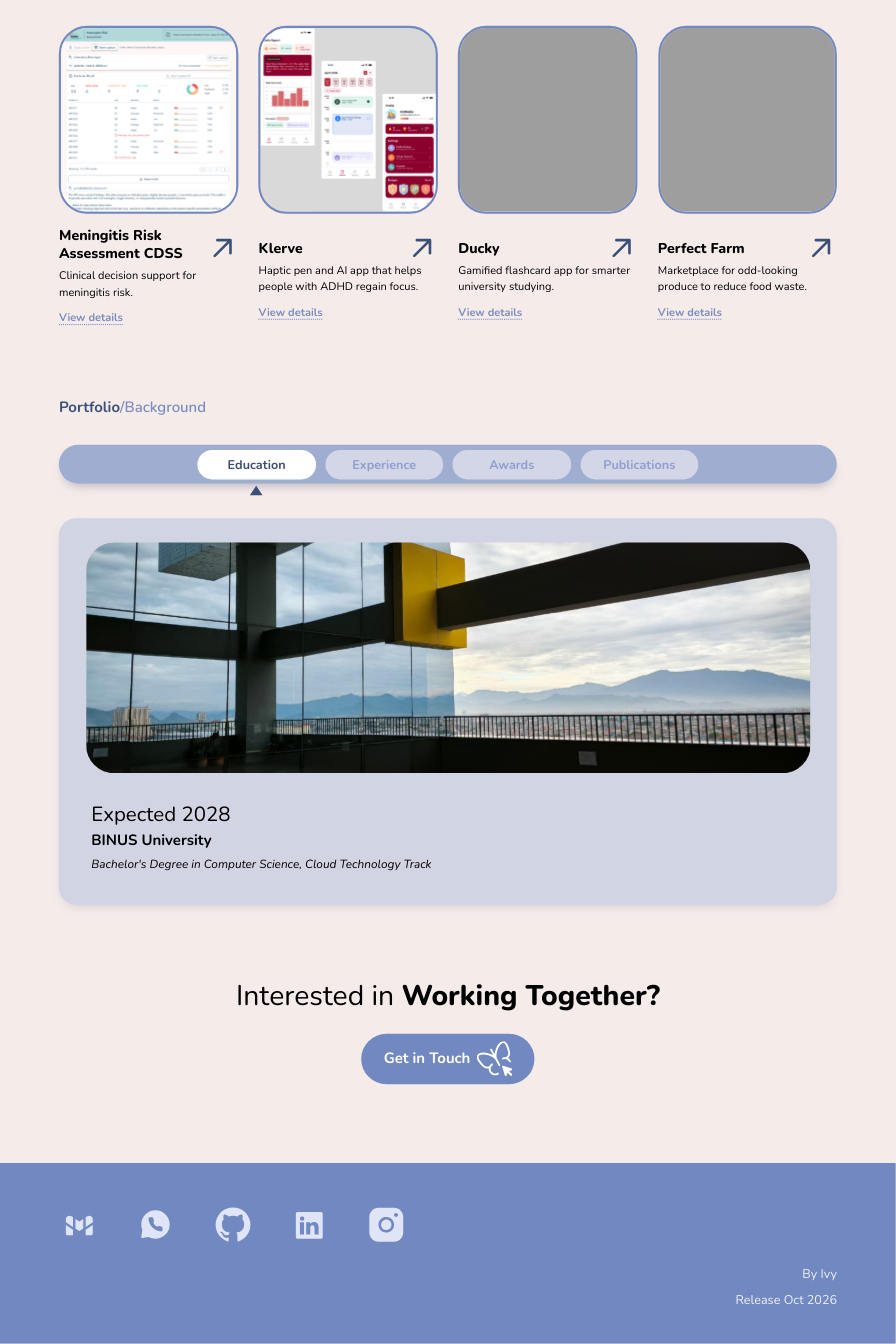
Repository: L-vy/L-vy
Page: /
An editor plug-in stored every save of this project. The page is shown before and after the next save, followed by the edit.
The browser window is 1280 px wide. The pictures show the part of the page from y = 1307 to 3227 px (the page is 3227 px tall before and 3224 px after), at 70% of full size.
Pictures or frames that could not be fetched are drawn as grey boxes. Some web fonts or font styles are not loaded; a fallback is used. The project was rebuilt for these pictures with package versions that can differ from the ones it lists, and the page was loaded fresh each time. Also part of the build but not shown: vite.config.ts, src/components/ExperienceBinder.tsx, src/components/FolderCard.tsx, src/components/ProjectSidebar.tsx, src/pages/ProjectDetails.tsx.

Above is the page before, as saved 2026-10-07 21:55:03.

### index.html
<!doctype html>
<html lang="en">
  <head>
    <meta charset="UTF-8" />
    <meta name="viewport" content="width=device-width, initial-scale=1.0" />
    <meta name="description" content="Portfolio of Latasha Ivy Khoe, Computer Science student specializing in Cloud Technology, UI/UX design and full-stack development." />
    <meta name="theme-color" content="#7288c1" />
    <link rel="icon" href="/images/ivy-logo.svg" />
    <link rel="preconnect" href="https://fonts.googleapis.com" />
    <link rel="preconnect" href="https://fonts.gstatic.com" crossorigin />
    <link href="https://fonts.googleapis.com/css2?family=Nunito:ital,wght@0,400;0,600;0,700;0,800;1,400&family=Playwrite+US+Modern:wght@100..400&display=swap" rel="stylesheet" />
    <title>Latasha Ivy Khoe | Portfolio</title>
  </head>
  <body>
    <div id="root"></div>
    <script type="module" src="/src/main.tsx"></script>
  </body>
</html>

### src/main.tsx
import { StrictMode } from 'react'
import { createRoot } from 'react-dom/client'
import App from './App'
import './styles.css'
createRoot(document.getElementById('root')!).render(<StrictMode><App /></StrictMode>)

### src/App.tsx
import { BrowserRouter, Route, Routes } from 'react-router-dom'
import Home from './pages/Home'
import ProjectDetails from './pages/ProjectDetails'
import CursorCircle from './components/CursorCircle'
export default function App() {
  return (
    <BrowserRouter>
      <CursorCircle />
      <Routes>
        <Route path="/" element={<Home />} />
        <Route path="/recentworks/:id" element={<ProjectDetails />} />
        <Route path="*" element={<Home />} />
      </Routes>
    </BrowserRouter>
  )
}

### src/styles.css
/* Sizes are authored at design scale (16px = 1rem) and rendered at 75% via html{font-size:75%}. */
:root{--blue:#7288c1;--cream:#f5ecea;--ink:#3b5078;--peri:#7a8cc2;--light:#a9b5e0;--bar:#9fadd1;--pill:#d3d6e6;--panel:#d1d4e3;--ph:#d9d9d9;--txt:#000;--gut:max(3.5rem,calc((100% - 68.75rem)/2 + 3.5rem));color-scheme:light}
html{font-size:75%}
*{box-sizing:border-box}
body{margin:0;background:var(--cream);color:var(--txt);font-family:'Nunito',system-ui,sans-serif;line-height:1.4}
h1,h2,h3,p,ul{margin:0}
ul{padding:0;list-style:none}
a{color:inherit}
button{font-family:inherit;cursor:pointer}
img{max-width:100%}
:focus-visible{outline:3px solid var(--ink);outline-offset:3px}
.fx{font-family:'Playwrite US Modern','Nunito',cursive;font-weight:400}
.nav{position:relative;height:4.5rem;background:var(--blue)}
.nav::after{content:'';position:absolute;left:0;right:0;top:100%;height:2.875rem;background:var(--blue)}
.nav-tabs{max-width:68.75rem;margin:0 auto;height:100%;display:flex;align-items:flex-end;padding-left:28%}
.nav-tab{width:8.25rem;height:4rem;border:0;background:none;color:#e9ecf7;display:grid;place-items:center;padding:0;transition:opacity .25s}
.nav-tab:hover{opacity:.8}
.nav-tab.active{background:var(--cream);border-radius:1.5rem 1.5rem 0 0;color:var(--light);opacity:1}
.nav-tab img{height:2.125rem}
.page{position:relative;z-index:1;background:var(--cream);border-radius:2.875rem 2.875rem 0 0;padding:0 var(--gut);}
.section{padding-top:5.625rem}
.hero{position:relative;padding-top:2.875rem;}
.hero-top{display:flex;justify-content:space-between;align-items:center}
.path{font-size:1.1875rem;font-weight:600;color:var(--peri)}
.path b{color:var(--ink);font-weight:700}
.crumb{background:none;border:0;padding:0;font:inherit;color:inherit}
.crumb:hover{text-decoration:underline dotted;text-underline-offset:0.25rem}
.contact-link{background:none;border:0;font-size:1.1875rem;font-weight:700;color:var(--ink)}
.hero-grid{display:grid;grid-template-columns:max-content auto;gap:3.125rem;align-items:flex-end;margin-top:3.25rem; padding: 0 var(--gut);}
.hero-photo{width: 100%;max-width: 135px;aspect-ratio: 200 / 375;object-fit:cover;background:var(--ph);border-radius:2rem;transition:transform .3s}
.hero-photo:hover{transform:rotate(-1.2deg) scale(1.015)}
.hello{height:3.375rem;width:auto;display:block}
h1{margin-top:0.25rem;font:400 2.5rem/1.35 'Playwrite US Modern','Nunito',cursive}
.lead{max-width:max-content;font-size:1.0625rem;line-height:1.6;margin-top:0.875rem}
.lead.sm{font-size:0.9375rem;max-width:none;margin-top:1.25rem}
.actions{display:flex;align-items:center;gap:2.25rem;margin-top:1.625rem;flex-wrap:wrap}
.btn{display:inline-flex;align-items:center;gap:0.5rem;background:var(--ink);color:#fff;border:0;border-radius: 32rem;padding: 0.575rem 1.375rem;font-size:1.0625rem;font-weight:700;transition:transform .25s}
.btn:hover{transform:translateY(-2px)}
.btn.blue{background:var(--blue);font-size:1.1875rem;padding:0.575rem 1.75rem}
.link-dotted{text-decoration:underline dotted;text-underline-offset:0.25rem;font-weight:700}
.link-dotted.grey{color:#777;font-size:1.0625rem}
.butterfly{display:block;margin:4rem auto 0;width:6rem}
.intro{max-width:47.5rem;margin:4.375rem auto 0;text-align:center}
.intro-text{font-size:1rem;line-height:1.7}
.pills{display:flex;flex-wrap:wrap;gap:0.625rem;justify-content:center;margin-top:1.375rem}
.pills.left{justify-content:flex-start}
.pill{border-radius:24rem;border:2px solid var(--light);padding:0.1rem 1rem;font-weight:700;font-size:0.9375rem;background:var(--cream);color:var(--light)}
.pill.solid-outline{background:none;border:1.5px solid var(--peri);font-size:1rem}
.reveal{opacity:0;transform:translateY(0.875rem);transition:opacity .6s,transform .6s}
.reveal.in{opacity:1;transform:none}
.fill{height:100%}
.cards{display:grid;grid-template-columns:repeat(4,1fr);gap:1.625rem;margin-top:2.125rem}
.card{display:flex;flex-direction:column;min-width:0}
.card-img{display:block;aspect-ratio:400/420;border-radius:2.25rem;border:2px solid var(--blue);overflow:hidden;background:var(--ph);transition:transform .3s}
.card-img img{width:100%;height:100%;object-fit:cover;display:block}
.card:hover .card-img{transform:rotate(-1.2deg) scale(1.015)}
.card-title{display:flex;justify-content:space-between;align-items:flex-start;gap:0.5rem;margin-top:1rem;color:var(--ink)}
.card-title .icon{flex:none}
.clamp{font-size:1.125rem;font-weight:800;line-height:1.3;color:var(--txt);display:-webkit-box;-webkit-line-clamp:2;-webkit-box-orient:vertical;overflow:hidden; align-self:flex-end}
.card-sum{font-size:0.875rem;line-height:1.5;margin-top:0.375rem}
.card-links{margin-top:0.625rem; align-content:center;}
.card-links .link-dotted{color:var(--peri);font-size:0.875rem}
.tabbar{position:relative;background:var(--bar);border-radius:62.4375rem;padding:0.375rem 0.5rem;display:flex;justify-content:center;gap:0.75rem;margin-top:2.125rem;box-shadow:0 0.5rem 0.875rem -0.375rem rgba(60,70,110,.35)}
.tabwrap{position:relative;width:min(9.375rem,22%)}
.tab{width:100%;border:0;border-radius:62.4375rem;padding:0.5rem 0;font-size:1rem;font-weight:700;background:var(--pill);color:#8f9dcf;transition:background .25s,color .25s}
.tab.on{background:#fff;color:var(--ink)}
.pointer{position:absolute;left:50%;bottom:-1.25rem;margin-left:-0.5625rem;border:0.5625rem solid transparent;border-top:0;border-bottom:0.8125rem solid var(--ink)}
.panel{margin-top:2.75rem;background:var(--panel);border-radius:1.375rem;height:30.625rem;box-shadow:0 0.375rem 1rem -0.5rem rgba(60,70,110,.3);transition:background .3s,box-shadow .3s}
.panel.bound{background:transparent;box-shadow:none}
.banner{height:100%;display:flex;flex-direction:column;gap:2.125rem;padding:1.875rem 2.125rem 2.5rem}
.banner-img{flex:1;min-height:0;width:100%;object-fit:cover;background:var(--ph);border-radius:2.25rem;transition:transform .3s}
.banner:hover .banner-img{transform:rotate(-1.2deg) scale(1.015)}
.tx{padding-left:0.4375rem}
.tx h2{font-size:1.625rem;line-height:1.4}
.tx h3{margin-top:2px;font-size:1.1875rem;font-weight:700}
.tx p{margin-top:0.375rem;font-style:italic;font-size:0.9375rem}
.folders{height:100%;display:grid;grid-template-columns:1fr 1fr;gap:1.5rem;padding:1.75rem 2rem}
.folder{--rim:#3b5078;--body:#f3f3f9;background:var(--rim);border-radius:1.875rem;padding:1.5px;display:flex;flex-direction:column;overflow:hidden}
.media{height:11.875rem;margin-bottom:-2.5rem;flex:none;position:relative;overflow:hidden;border-radius:1.78125rem 1.78125rem 0 0;background:var(--ph)}
.media>*{display:block;width:100%;height:100%;object-fit:cover;background:var(--ph);transform:scale(1.06);transition:transform .3s}
.folder:hover .media>*{transform:rotate(-1.2deg) scale(1.1)}
.rest{flex:1;position:relative;z-index:1;background:var(--body);border-radius:0 1.78125rem 1.78125rem 1.78125rem;padding:0 1.375rem 1.125rem;display:flex;flex-direction:column}
.rest .tab{position:absolute;left:0;top:-2.25rem;width:80%;height:2.3125rem;padding:0;border-radius:1.25rem 1.25rem 0 0;background:var(--body)}
.rest .tab::after{content:'';position:absolute;right:-1.25rem;bottom:0;width:1.25rem;height:1.25rem;background:radial-gradient(circle at 100% 0,transparent 1.21875rem,var(--body) 1.25rem)}
.head{position:relative;margin-top:-1.375rem}
.head::before{content:'';float:right;width:24%;height:1rem}
.head b{display:-webkit-box;-webkit-line-clamp:3;-webkit-box-orient:vertical;overflow:hidden;font-size:1.0625rem;font-weight:800;line-height:1.25}
.head span{display:block;font-size:0.9375rem;color:#6f748f;margin-top:2px}
.folder p{margin-top:0.75rem;font-size:0.84375rem;font-style:italic;line-height:1.5;display:-webkit-box;-webkit-line-clamp:4;-webkit-box-orient:vertical;overflow:hidden}
.foot{margin-top:auto;padding-top:0.625rem;display:flex;justify-content:space-between;align-items:center;min-height:2.75rem}
.foot strong{font-size:1.5625rem;line-height:1.3}
.go{display:grid;place-items:center;width:2.5rem;height:2.5rem;border-radius:50%;background:var(--ink);color:#fff;transition:transform .25s}
.go:hover{transform:translate(2px,-2px)}
.exp{position:relative;height:100%}
.plate{position:absolute;left:0;top:0;bottom:0;width:8.125rem;background:#c9cde0;border-radius:1.625rem 0 0 1.625rem;box-shadow:0 0.625rem 1.125rem -0.625rem rgba(60,70,110,.4)}
.rail{position:absolute;left:0;top:4.4375rem;width:3.75rem;height:0;z-index:2}
.rail button{position:absolute;left:0.8125rem;top:calc(var(--i)*4.5rem);width:2.9375rem;height:5.25rem;z-index:calc(var(--i) + 1);border:0;background:var(--c);color:#fff;border-radius:1.125rem 0 0 1.125rem;display:grid;place-items:center;padding:0;transition:left .25s,width .25s}
.rail button:hover,.rail button[aria-selected=true]{left:0.4375rem;width:3.3125rem}
.rail button[aria-selected=true]{z-index:10}
.fcard{--acc:#9fadd1;position:absolute;left:3.75rem;right:0;top:0;bottom:0;background:var(--cream);border:2.5px solid var(--acc);border-radius:1.625rem;box-shadow:0 0.625rem 1.25rem -0.625rem rgba(60,70,110,.4);padding:1.375rem 1.75rem 1.375rem 1.875rem;overflow:hidden;transition:border-color .35s}
.pg{position:relative;height:100%;display:grid;grid-template-columns:1fr 1fr;grid-template-rows:auto 1fr;column-gap:3.5rem;animation:in .4s ease both}
@keyframes in{from{opacity:0;transform:translateY(0.5rem)}to{opacity:1;transform:none}}
.lab{grid-column:1/-1;font-size:0.8125rem}
.col{display:flex;flex-direction:column;min-width:0}
.col.end{align-self:end;padding-bottom:0.625rem}
.t{font-size:1.6875rem;font-weight:800;color:var(--ttl);line-height:1.2;margin-top:1.75rem}
.col.end .t{margin-top:0}
.sub{font-size:1.25rem;color:var(--ttl);margin-top:0.375rem}
.d{font-size:0.875rem;line-height:1.55;margin-top:1rem;font-style:italic}
.h{font-size:0.8125rem;margin:1.375rem 0 0.375rem}
.col ul{padding-left:1.25rem;font-size:0.84375rem;line-height:1.55;list-style:disc}
.stack,.zig{position:relative;margin-top:auto}
.stack{height:8rem}
.zig{margin-top:0.875rem}
.sp{position:absolute;display:block;width:62%;height:7.375rem;object-fit:cover;background:var(--ph);border:1px solid var(--txt);border-radius:1.625rem;transform:rotate(var(--r));transition:transform .3s}
.sp:hover{z-index:9;transform:rotate(calc(var(--r)*-1)) translateY(-0.3125rem) scale(1.03)}
.stack .sp:nth-child(1){--r:-2deg;left:0;top:0.375rem}
.stack .sp:nth-child(2){--r:1.5deg;left:20%;top:0.75rem}
.stack .sp:nth-child(3){--r:-1deg;left:38%;top:0}
.zig .sp{width:70%;height:7.5625rem}
.zig .sp:nth-child(1){--r:1deg;left:0;top:0}
.zig .sp:nth-child(2){--r:-1deg;left:44%;top:7rem}
.zig .sp:nth-child(3){--r:1deg;left:-1%;top:14.125rem}
.p1{left:47%;top:0.5rem;width:29%;height:8.4375rem;--r:1deg}
.p2{left:66%;top:4.875rem;width:27%;height:auto;aspect-ratio:210/297;--r:-1deg}
.contact{text-align:center;padding:5.75rem 0 6.25rem}
.contact h2{font-size:2.25rem;font-weight:400}
.contact b{font-weight:800}
.contact .btn{margin-top:1.375rem}
.footer{background:var(--blue);color:#eef0fa;padding:3.25rem var(--gut) 2.5rem;display:flex;justify-content:space-between;align-items:flex-end;gap:1.875rem;flex-wrap:wrap;min-height:14.375rem}
.footer ul{display:flex;gap:2.75rem;align-self:flex-start}
.ci{display:block;color:#dfe4f6;transition:transform .25s}
.ci:hover,.ci.pulse{transform:translateY(-0.25rem) scale(1.12)}
.footer-by{text-align:right;line-height:2;font-size:1rem}
/* .detail{border-radius:0 0 2.875rem 2.875rem;padding-top:2.875rem;padding-bottom:4.375rem} */
.detail{flex:1;min-width:0;min-height:100vh;border-radius:0 3rem 3rem 0;padding-top:2.875rem;padding-bottom:4.375rem}
.detail-grid{display:grid;grid-template-columns:1fr 1fr;gap:3.5rem;align-items:center;margin-top:2.875rem}
.detail-title{margin:0;font:800 2rem/1.3 'Nunito',sans-serif}
.detail .pills{margin-top:1.375rem}
/* ---------- Project detail: left sidebar ---------- */
.detail-shell{display:flex;min-height:100vh;background:var(--blue)}
.side{position:sticky;top:0;align-self:flex-start;flex:none;width:5.375rem;height:100vh;display:flex;flex-direction:column;padding:6rem 0 9.875rem}

/* step indicators 01–04 */
.steps{align-self:flex-start;display:grid;gap:0.5rem}
.step{display:grid;place-items:center;width:4.3125rem;height:4.4375rem;border-radius:0 1.25rem 1.25rem 0;background:transparent;color:var(--light);font-size:1.2rem;text-decoration:none;transition:opacity .25s}
.step:not(.on):hover{opacity:.8}
.step.on{background:var(--cream);color:var(--light);text-decoration:underline dotted;text-underline-offset:0.375rem}   /* RULE 2 */

/* vertical Previous / Next */
.side-nav{margin-top:3rem;align-self:flex-start;width:4.3125rem;display:flex;flex-direction:column;align-items:center;gap:1.75rem}
.side-btn{writing-mode:vertical-rl;transform:rotate(0deg);color:var(--cream);font-size:1rem;font-weight:600;line-height:1;text-decoration:none;transition:opacity .2s}   /* white by default */
a.side-btn:hover{opacity:.8}
.side-btn.edge{color:var(--light)}   /* RULE 3 */
.meta{margin-bottom:0.875rem;font-size:1.25rem;font-weight:400;color:var(--ink)}
.contrib{margin:1.125rem 0 0.5rem;font:400 0.9375rem 'Playwrite US Modern','Nunito',cursive;color:var(--peri)}
.contrib-list {position: relative;padding-left: 1.25rem;display: grid;gap: 0.75rem;font-size: 0.90625rem;}
.contrib-list::before {content: '';position: absolute;left: 0;top: 0.25rem;bottom: 0.25rem;width: 2px;background-color:var(--light);border-radius: 9999px;}
/* .contrib-list{border-left:3px solid var(--light);border-top-left-radius: 4px;border-bottom-left-radius: 4px;padding-left:0.875rem;display:grid;gap:0.75rem;font-size:0.90625rem} */
/* .contrib-list li{display:flex;gap:0.875rem;align-items:center}
.contrib-list li::before{content:'';width:0.75rem;height:0.75rem;flex:none;border-radius:50%;border:3px solid var(--peri)} */
.detail-links{display:flex;gap:0.75rem;flex-wrap:wrap;margin-top:1.375rem}
/* .detail-links .pill{background:none;border:2px solid var(--light);color:var(--peri);padding:0.375rem 1.25rem;font:400 0.875rem 'Playwrite US Modern','Nunito',cursive;text-decoration:underline dotted;text-underline-offset:0.25rem} */
.detail-links .pill{background:none;border:2px solid var(--light);color:var(--peri);padding:0.375rem 1.25rem;font-family:inherit;font-size:0.9375rem;font-weight:700;text-decoration:underline dotted;text-underline-offset:0.25rem}
.proto{margin:0}
/* .proto img{display:block;width:100%;aspect-ratio:1/1.08;object-fit:cover;background:var(--ph);border:3px solid var(--ink);border-radius:3rem;transition:transform .3s} */
.proto img {  border: 0;  outline: 0;  border-radius: 15px;}
.proto img:hover{transform:rotate(1.2deg) scale(1.015)}
.proto figcaption{text-align:center;font-weight:500;font-size:0.9375rem;color:var(--ink);margin-top:1rem}
/* .pager{background:var(--blue);margin-top:-2.875rem;padding:5.5rem var(--gut) 1.5rem;display:flex;justify-content:center;gap:3.5rem} */
/* .pager-btn{margin-top:-3rem;height:3.25rem;display:grid;place-items:center;color:#fff;font-weight:700;font-size:1.125rem;text-decoration:none;transition:opacity .2s} */
/* .pager-btn.prev{background:var(--cream);color:var(--ink);padding:0 2.125rem;border-radius:0 0 1.5rem 1.5rem}
.pager-btn.off{opacity:.5}
.pager-btn.prev.off{opacity:1;color:var(--light)} */
/* .pager-btn.hang{background:var(--cream);color:var(--ink);padding:0 2.125rem;border-radius:0 0 1.5rem 1.5rem} */
/* .pager-btn.off{opacity:.5} */
/* .pager-btn.hang.off{opacity:1;color:var(--light)} */
.cursor-circle{position:fixed;left:0;top:0;width:4rem;height:4rem;border-radius:50%;background:rgba(114,136,193,.28);pointer-events:none;z-index:50;transform:translate(-6.25rem,-6.25rem) scale(0);transition:transform .18s}
@media (max-width:960px)
{.cards{grid-template-columns:1fr 1fr}.nav-tabs{padding-left:4%}.nav-tab{width:6rem}}
@media (max-width:760px)
{.page{border-radius:1.875rem 1.875rem 0 0;padding:0 1.25rem}.hero-grid,.detail-grid{grid-template-columns:1fr;gap:1.75rem}.hero-photo{max-width:16.25rem}h1{font-size:1.875rem}.detail-title{font-size:1.5625rem}.cards{grid-template-columns:1fr}.tab{font-size:0.75rem}.tabbar{gap:0.375rem}.pointer{display:none}.panel{height:auto}.banner{padding:1.125rem;gap:1.5rem}.banner-img{flex:none;height:11.875rem}.folders{grid-template-columns:1fr;padding:1.125rem}.folder{min-height:23.75rem}.contact h2{font-size:1.6875rem}.footer ul{gap:1.375rem}.footer-by{text-align:left}.plate{display:none}.fcard{position:static;padding:1.25rem 1.125rem;border-radius:1.375rem}.exp{height:auto}.rail{position:static;height:auto;display:flex;gap:0.375rem;padding-left:0.625rem}.rail button,.rail button:hover,.rail button[aria-selected=true]{position:static;width:3.5rem;height:2.875rem;border-radius:0.875rem 0.875rem 0 0}.pg{display:flex;flex-direction:column;gap:0.875rem;height:auto}.col.end{padding:0}.stack,.zig{height:auto;display:grid;gap:0.625rem;margin-top:0.625rem}.pg .sp{position:static;width:100%;height:6.875rem}.pg .p2{height:auto;width:58%;align-self:center}
.detail-shell{flex-direction:column;min-height:0}
.side{position:static;width:auto;height:auto;flex-direction:row;justify-content:space-between;align-items:flex-start;padding:0 1.25rem 1rem}
.steps{display:flex;gap:0.5rem;align-self:flex-start}
.step{width:3rem;height:3rem;font-size:1.25rem;border-radius:0 0 1rem 1rem}
.side-nav{width:auto;flex-direction:row;align-self:center;gap:1.25rem}
.side-btn{writing-mode:horizontal-tb;transform:none;font-size:1rem}
.detail{border-radius:0 0 1.875rem 1.875rem;min-height:0}}

@media (prefers-reduced-motion:reduce){*{transition:none!important;animation:none!important}}

### src/components/Skills.tsx
import { site } from '../data/site'
import Reveal from './Reveal'
export default function Skills() {
  return (
    <Reveal className="intro">
      <p className="intro-text">{site.about}</p>
      <ul className="pills" aria-label="Skills">{site.skills.map(s => <li key={s} className="pill">{s}</li>)}</ul>
    </Reveal>
  )
}

### src/components/RecentWorks.tsx
import { projects } from '../data/projects'
import ProjectCard from './ProjectCard'
import Reveal from './Reveal'
export default function RecentWorks() {
  return (
    <section id="recent-works" className="section">
      <p className="path"><b>Portfolio</b>/RecentWork</p>
      <Reveal className="cards">{projects.slice(0, 4).map(p => <ProjectCard key={p.id} p={p} />)}</Reveal>
    </section>
  )
}

### src/components/ContactSection.tsx
import Icon from './Icon'
import { useGoTo } from './useGoTo'
export default function ContactSection() {
  const go = useGoTo()
  return (
    <section id="contact" className="contact">
      <h2>Interested in <b>Working Together?</b></h2>
      <button className="btn blue" onClick={() => go('contact', true)}>Get in Touch <Icon name="butterfly-cursor" size={34} /></button>
    </section>
  )
}

### src/components/Icon.tsx
export default function Icon({ name, size = 24, raw = false }: { name: string; size?: number; raw?: boolean }) {
  if (raw) return <img className="icon" src={`/icons/${name}.svg`} alt="" width={size} height={size} />
  const mask = `url(/icons/${name}.svg) center / contain no-repeat`
  return <span className="icon" aria-hidden="true" style={{ display: 'inline-block', width: size, height: size, backgroundColor: 'currentColor', WebkitMask: mask, mask }} />
}

### src/components/Reveal.tsx
import { useEffect, useRef, useState, type ReactNode } from 'react'
export default function Reveal({ children, className = '' }: { children: ReactNode; className?: string }) {
  const ref = useRef<HTMLDivElement>(null); const [on, setOn] = useState(false)
  useEffect(() => {
    const io = new IntersectionObserver(([e]) => { if (e.isIntersecting) { setOn(true); io.disconnect() } }, { threshold: 0.1 })
    if (ref.current) io.observe(ref.current); return () => io.disconnect()
  }, [])
  return <div ref={ref} className={`reveal ${on ? 'in' : ''} ${className}`}>{children}</div>
}

Loaded but not shown: src/data/projects.ts (42 lines, source omitted); src/data/background.ts (36 lines, source omitted); src/components/Background.tsx (34 lines, source omitted); src/data/site.ts (17 lines, source omitted); src/components/Navbar.tsx (29 lines, source omitted); src/components/Footer.tsx (20 lines, source omitted); src/pages/Home.tsx (27 lines, source omitted); src/components/Hero.tsx (24 lines, source omitted); src/components/CursorCircle.tsx (17 lines, source omitted); src/components/ProjectCard.tsx (17 lines, source omitted); src/components/useGoTo.ts (13 lines, source omitted)

After the next save:
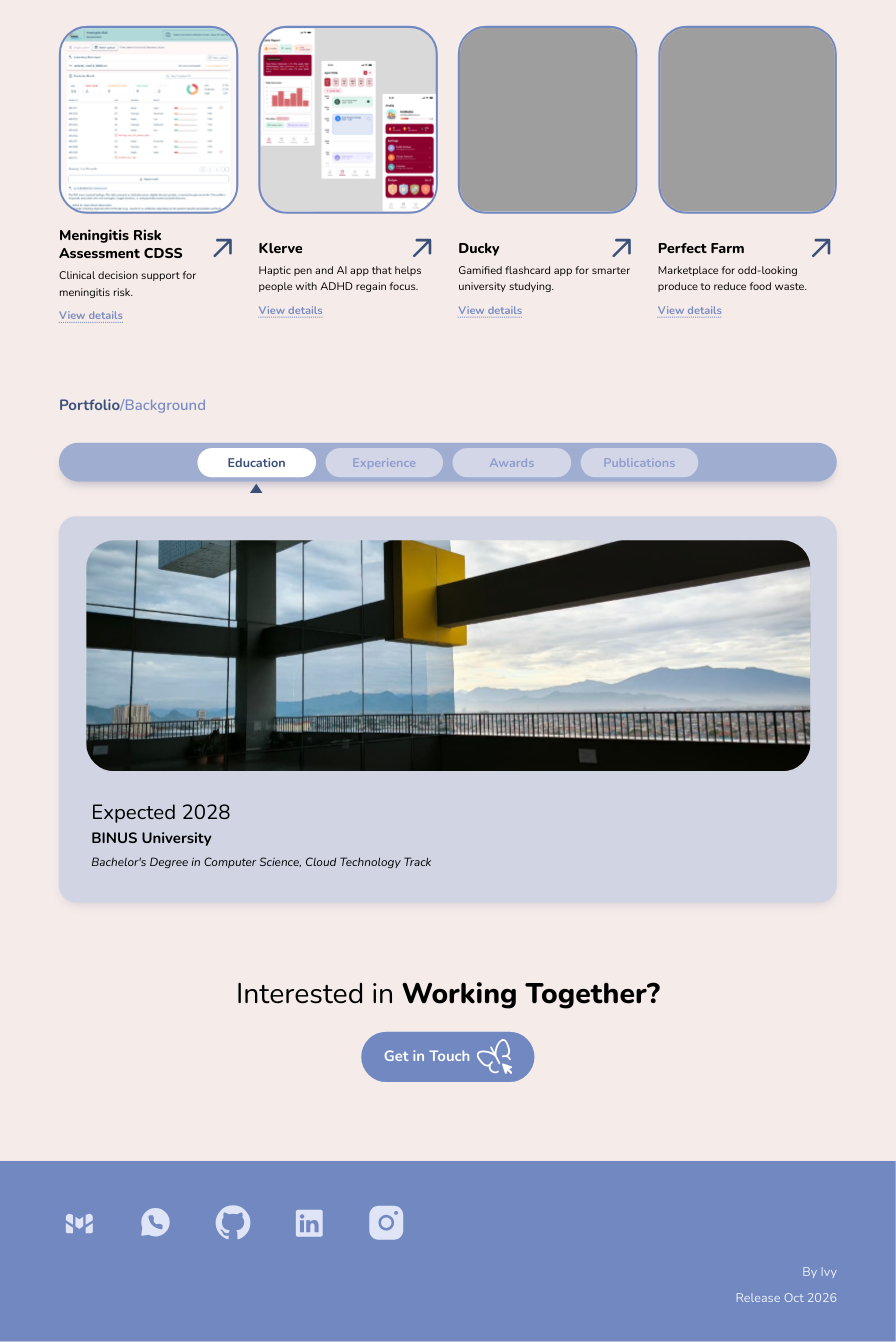
Saved 32 s later.
--- a/src/styles.css
+++ b/src/styles.css
@@ -58,7 +58,7 @@ h1{margin-top:0.25rem;font:400 2.5rem/1.35 'Playwrite US Modern','Nunito',cursiv
 .card-title .icon{flex:none}
 .clamp{font-size:1.125rem;font-weight:800;line-height:1.3;color:var(--txt);display:-webkit-box;-webkit-line-clamp:2;-webkit-box-orient:vertical;overflow:hidden; align-self:flex-end}
 .card-sum{font-size:0.875rem;line-height:1.5;margin-top:0.375rem}
-.card-links{margin-top:0.625rem; align-content:center;}
+.card-links{margin-top:0.625rem; align-self:flex-start;display:flex;gap:0.75rem;flex-wrap:wrap}
 .card-links .link-dotted{color:var(--peri);font-size:0.875rem}
 .tabbar{position:relative;background:var(--bar);border-radius:62.4375rem;padding:0.375rem 0.5rem;display:flex;justify-content:center;gap:0.75rem;margin-top:2.125rem;box-shadow:0 0.5rem 0.875rem -0.375rem rgba(60,70,110,.35)}
 .tabwrap{position:relative;width:min(9.375rem,22%)}
